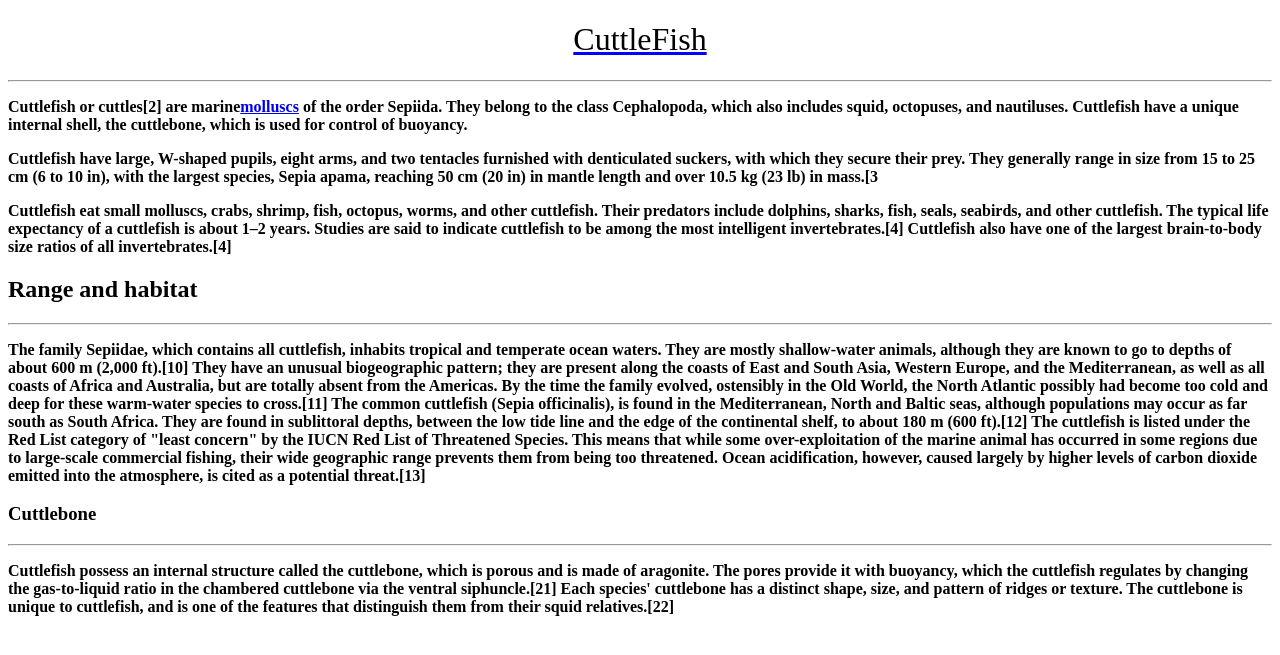
Repository: zhFIsHappy/UdemyFullStack
Page: CSS Text Properties.html
An editor plug-in stored every save of this project. The page is shown before and after the next save, followed by the edit.
The browser window is 1280 px wide. The pictures show the whole page.

Above is the page before, as saved 2021-12-31 19:13:42.

After the next save:
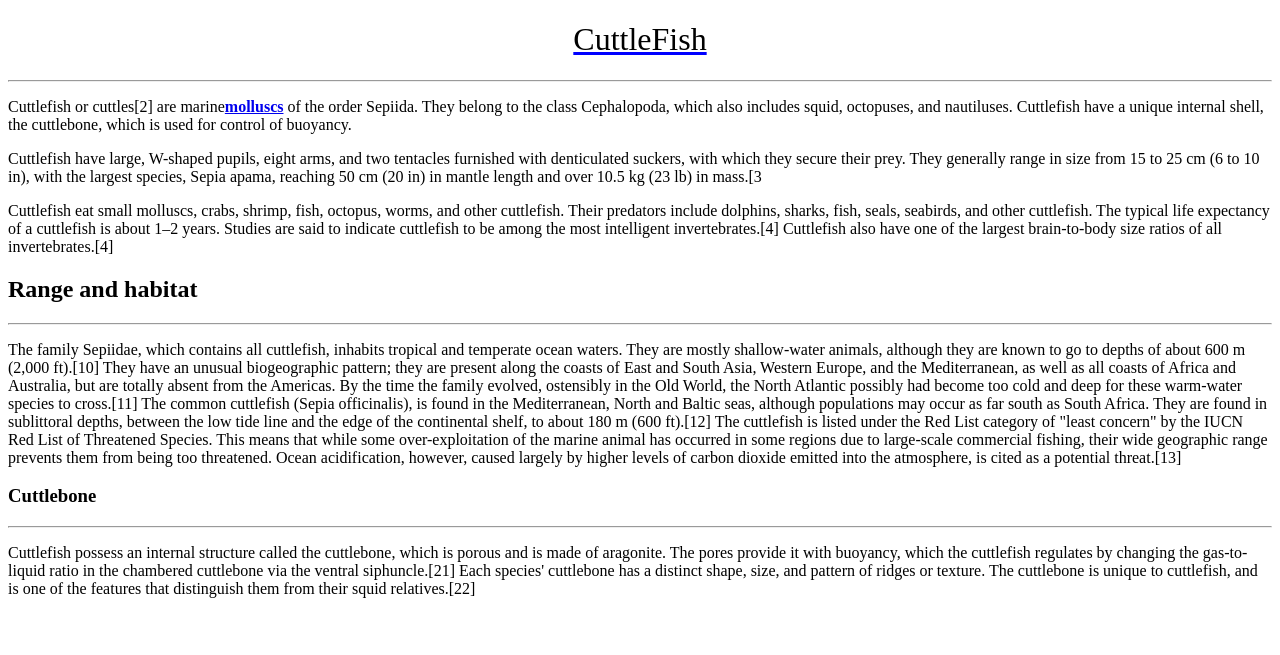
Saved 34 s later.
--- a/apt.css
+++ b/apt.css
@@ -3,6 +3,6 @@ h1{
     font-weight : 400;
     text-decoration: blue underline;
 }
-p {
+a {
     font-weight: bold;
 }
